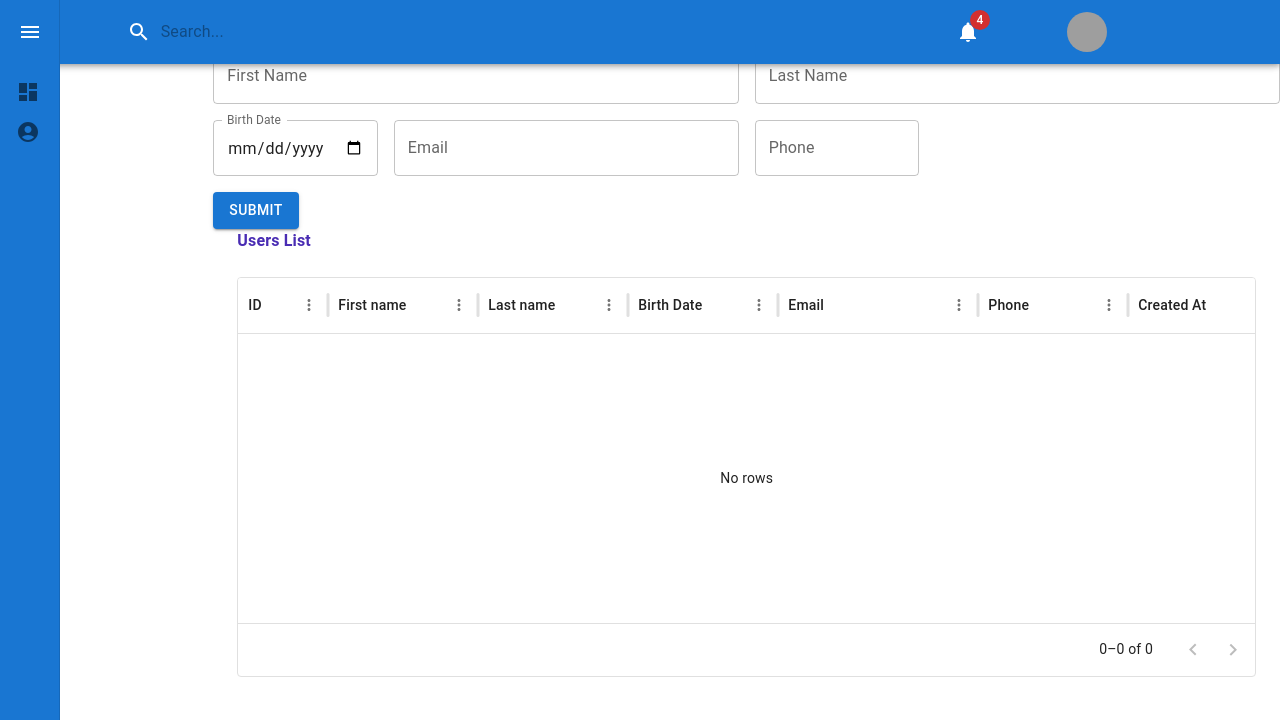
Repository: lenx0/front-client-manager
Page: /
These files come from the project's save history. The page is drawn as it stood at one moment and after a run of saves; the edit follows.
The browser window is 1280 px wide. The pictures show the whole page.
Pictures or frames that could not be fetched are drawn as grey boxes. The page's requests for data from a server got no answer. The project was rebuilt for these pictures with package versions that can differ from the ones it lists, and the page was loaded fresh each time. No one was signed in, and anything a server would have sent is missing. Also part of the build but not shown: vite.config.js, src/App.css.

Above is the page before, as saved 2024-06-25 13:15:11.

### index.html
<!doctype html>
<html lang="en">
  <head>
    <meta charset="UTF-8" />
    <meta name="viewport" content="width=device-width, initial-scale=1.0" />
    <title>Client Manager</title>
  </head>
  <body>
    <div id="root"></div>
    <script type="module" src="/src/main.jsx"></script>
  </body>
</html>

### src/App.jsx
import { Box, Grid } from '@mui/material'
import './App.css'
import UserForm from './components/UserForm'
import UserList from './components/UserList'
import Header from './components/Layout/Header'
import Sidebar from './components/Layout/Sidebar'

function App() {

  return (
    <Grid container>
      <Grid item xs={12}>
        <Header />
      </Grid>
      <Grid item xs={2}>
        <Sidebar />
      </Grid>
      <Grid item xs={10}>
        <UserForm />
        <UserList />
      </Grid>
    </Grid>
  )
}

export default App

### src/components/UserForm.jsx
import React from 'react';
import { useForm } from 'react-hook-form';
import CustomInput from './CustomInput';
import { Button, Grid, Typography } from '@mui/material';
import axios from 'axios';

const UserForm = () => {
  const { handleSubmit, control, reset } = useForm();

  const onSubmit = async (data) => {
    try {
      const response = await axios.post('http://localhost:3100/v1/users/create', data);
      console.log('Dados enviados com sucesso:', response.data);
      reset();
    } catch (error) {
      console.error('Erro ao enviar dados:', error);
    }
  };

  return (
    <Grid container direction="column" xs={12}>
      <Typography fontWeight={700} pb={3} color="#492cb3">
        General Details
      </Typography>
      <form onSubmit={handleSubmit(onSubmit)}>
        <Grid container spacing={2}>
          <Grid item xs={6}>
            <CustomInput
              name="firstName"
              control={control}
              label="First Name"
              rules={{ required: 'First name is required' }}
            />
          </Grid>
          <Grid item xs={6}>
            <CustomInput
              name="lastName"
              control={control}
              label="Last Name"
              rules={{ required: 'Last name is required' }}
            />
          </Grid>
          <Grid item xs={2}>
            <CustomInput
              name="birthDate"
              control={control}
              label="Birth Date"
              placeHolder="none"
              type="date"
              rules={{ required: 'Birth date is required' }}
              defaultValue=""
            />
          </Grid>
          <Grid item xs={4}>
            <CustomInput
              name="email"
              control={control}
              label="Email"
              type="email"
              rules={{
                required: 'Email is required',
                pattern: {
                  value: /^[a-zA-Z0-9_.+-]+@[a-zA-Z0-9-]+\.[a-zA-Z0-9-.]+$/,
                  message: 'Enter a valid email address',
                },
              }}
            />
          </Grid>
          <Grid item xs={2}>
            <CustomInput
              name="phone"
              control={control}
              label="Phone"
              rules={{ required: 'Phone number is required' }}
            />
          </Grid>
          <Grid item xs={12}>
            <Button type="submit" variant="contained" color="primary">
              Submit
            </Button>
          </Grid>
        </Grid>
      </form>
    </Grid>
  );
};

export default UserForm;

### src/components/UserList/index.jsx
import React, { useState, useEffect } from 'react';
import { DataGrid } from '@mui/x-data-grid';
import axios from 'axios';
import { Box, Container, Typography } from '@mui/material';

const UserList = () => {
  const [users, setUsers] = useState([]);
  const [loading, setLoading] = useState(true);

  useEffect(() => {
    const fetchUsers = async () => {
      try {
        const response = await axios.get('http://localhost:3100/v1/users/list');
        setUsers(response.data);
        setLoading(false);
      } catch (error) {
        console.error('Erro ao buscar usuários:', error);
        setLoading(false);
      }
    };

    fetchUsers();
  }, []);

  const columns = [
    { field: 'id', headerName: 'ID', width: 90 },
    { field: 'firstName', headerName: 'First name', width: 150 },
    { field: 'lastName', headerName: 'Last name', width: 150 },
    { field: 'birthDate', headerName: 'Birth Date', width: 150 },
    { field: 'email', headerName: 'Email', width: 200 },
    { field: 'phone', headerName: 'Phone', width: 150 },
    { field: 'moment', headerName: 'Created At', width: 180 },
  ];

  const rows = users.map((user, index) => ({
    id: index + 1,
    ...user,
  }));

  return (
    <Container>
      <Typography fontWeight={700} pb={3} color="#492cb3">Users List</Typography>
      <Box style={{ height: 400, width: '100%' }}>
        <DataGrid
          rows={rows}
          columns={columns}
          pageSize={5}
          rowsPerPageOptions={[5]}
          loading={loading}
          pagination
          paginationMode="client"
          initialState={{
            pagination: {
              paginationModel: { page: 1, pageSize: 5 }
            },
            sorting: {
              sortModel: [{ field: 'orderDate', sort: 'desc' }]
            }
          }}
        />
      </Box>
    </Container>
  );
};

export default UserList;

### src/components/Layout/Header.jsx
import React from 'react';
import { AppBar, Toolbar, InputBase, IconButton, Badge, Avatar, Grid } from '@mui/material';
import { Menu as MenuIcon, Search as SearchIcon, Notifications as NotificationsIcon, AccountCircle as AccountCircleIcon } from '@mui/icons-material';

const Header = () => {
  return (
    <AppBar position="fixed" sx={{ bgcolor: 'primary.main' }}>
      <Toolbar>
        <Grid container alignItems="center">
          <Grid item xs={1}>
            <IconButton
              size="large"
              edge="start"
              color="inherit"
              aria-label="open drawer"
            >
              <MenuIcon />
            </IconButton>
          </Grid>
          <Grid item xs={8} alignItems="flex-end">
            <div style={{ display: 'flex', alignItems: 'center' }}>
              <SearchIcon style={{ marginRight: '10px' }} />
              <InputBase
                placeholder="Search..."
                inputProps={{ 'aria-label': 'search' }}
                fullWidth
              />
            </div>
          </Grid>
          <Grid item xs={1}>
            <IconButton color="inherit">
              <Badge badgeContent={4} color="error">
                <NotificationsIcon />
              </Badge>
            </IconButton>
          </Grid>
          <Grid item xs={1}>
            <Avatar alt="User Avatar" src="/avatar.jpg" sx={{ ml: 2 }} />
          </Grid>
        </Grid>
      </Toolbar>
    </AppBar>
  );
};

export default Header;

### src/components/Layout/Sidebar.jsx
import React, { useState } from 'react';
import { Drawer, List, ListItem, ListItemIcon, ListItemText, IconButton } from '@mui/material';
import { Dashboard as DashboardIcon, AccountCircle as AccountCircleIcon, Menu as MenuIcon } from '@mui/icons-material';

const Sidebar = () => {
    const [open, setOpen] = useState(false);

    const toggleDrawer = () => {
        setOpen(!open);
    };

    const handleListItemClick = () => {
        setOpen(true); // Expande o Drawer ao clicar em qualquer item da lista
    };

    return (
        <Drawer
            variant="permanent"
            sx={{
                width: open ? 240 : 60,
                flexShrink: 0,
                '& .MuiDrawer-paper': {
                    width: open ? 240 : 60,
                    boxSizing: 'border-box',
                    transition: 'width 0.3s ease-in-out',
                    bgcolor: 'primary.main',
                    color: 'white',
                },
            }}
        >
            <div style={{ display: 'flex', justifyContent: 'center', alignItems: 'center', height: '64px' }}>
                <IconButton onClick={toggleDrawer} sx={{ color: 'white' }}>
                    <MenuIcon />
                </IconButton>
            </div>
            <List>
                <ListItem button onClick={handleListItemClick}>
                    <ListItemIcon>
                        <DashboardIcon />
                    </ListItemIcon>
                    {open && <ListItemText primary="Dashboard" />}
                </ListItem>
                <ListItem button onClick={handleListItemClick}>
                    <ListItemIcon>
                        <AccountCircleIcon />
                    </ListItemIcon>
                    {open && <ListItemText primary="Profile" />}
                </ListItem>
            </List>
        </Drawer>
    );
};

export default Sidebar;

### src/components/CustomInput.jsx
import React from 'react';
import { Controller } from 'react-hook-form';
import TextField from '@mui/material/TextField';

const CustomInput = ({ name, control, label, type = 'text', rules, defaultValue = '' }) => {
  return (
    <Controller
      name={name}
      control={control}
      defaultValue={defaultValue}
      rules={rules}
      render={({ field, fieldState: { error } }) => (
        <TextField
          {...field}
          label={label}
          type={type}
          error={!!error}
          helperText={error ? error.message : null}
          variant="outlined"
          InputLabelProps={type === 'date' ? { shrink: true } : {}}
          fullWidth
        />
      )}
    />
  );
};

export default CustomInput;

Loaded but not shown: src/main.jsx (common file); src/index.css (common file)

After the next 2 saves:
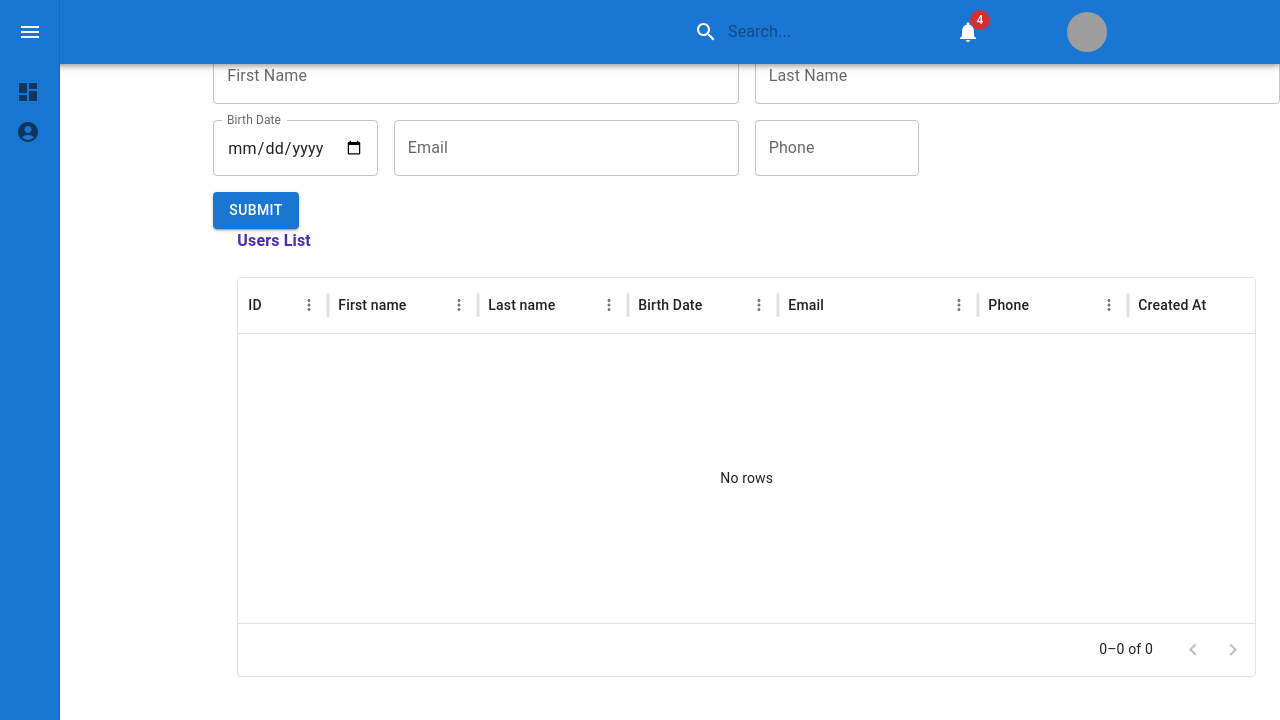
The 2 saves are shown as one change because they came seconds apart.
The last was saved 13 s later.
--- a/src/components/Layout/Header.jsx
+++ b/src/components/Layout/Header.jsx
@@ -17,7 +17,7 @@
               <MenuIcon />
             </IconButton>
           </Grid>
-          <Grid item xs={8} alignItems="flex-end">
+          <Grid item xs={8} justifyItems="flex-end">
             <div style={{ display: 'flex', alignItems: 'center' }}>
               <SearchIcon style={{ marginRight: '10px' }} />
               <InputBase

After the save that followed:
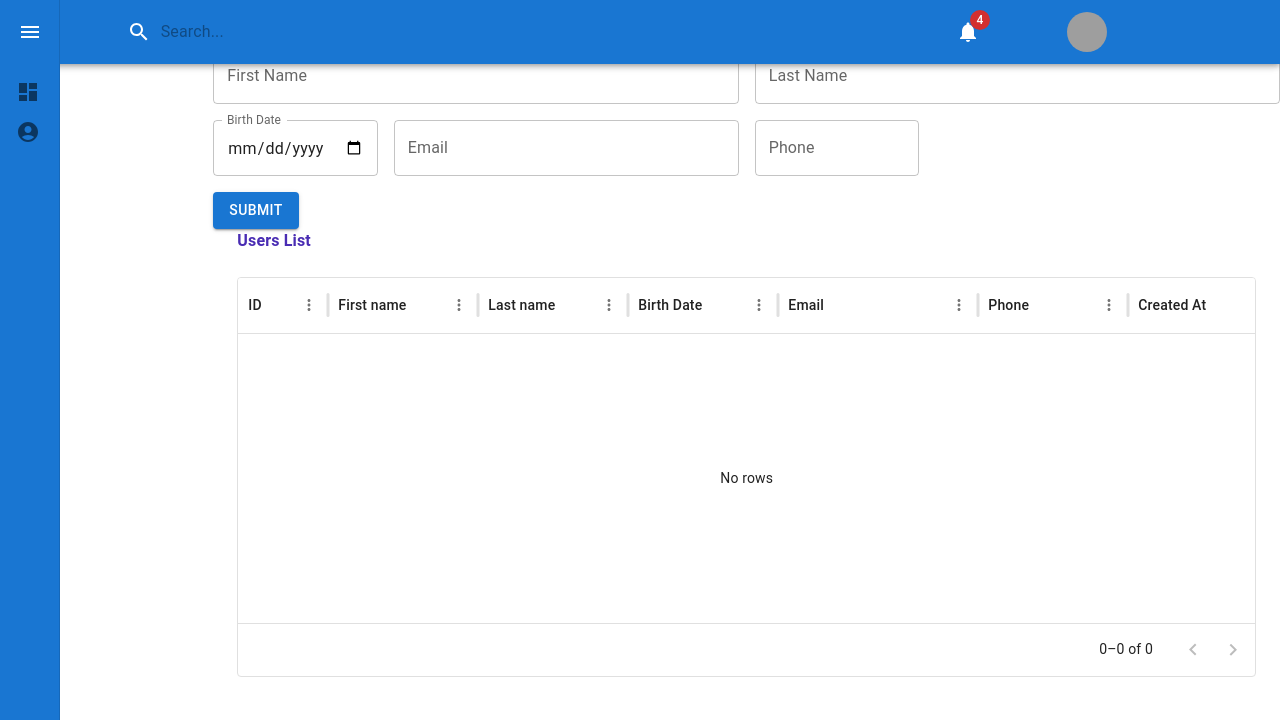
Saved 4 s later.
--- a/src/components/Layout/Header.jsx
+++ b/src/components/Layout/Header.jsx
@@ -17,7 +17,7 @@
               <MenuIcon />
             </IconButton>
           </Grid>
-          <Grid item xs={8} justifyItems="flex-end">
+          <Grid item xs={8}>
             <div style={{ display: 'flex', alignItems: 'center' }}>
               <SearchIcon style={{ marginRight: '10px' }} />
               <InputBase
